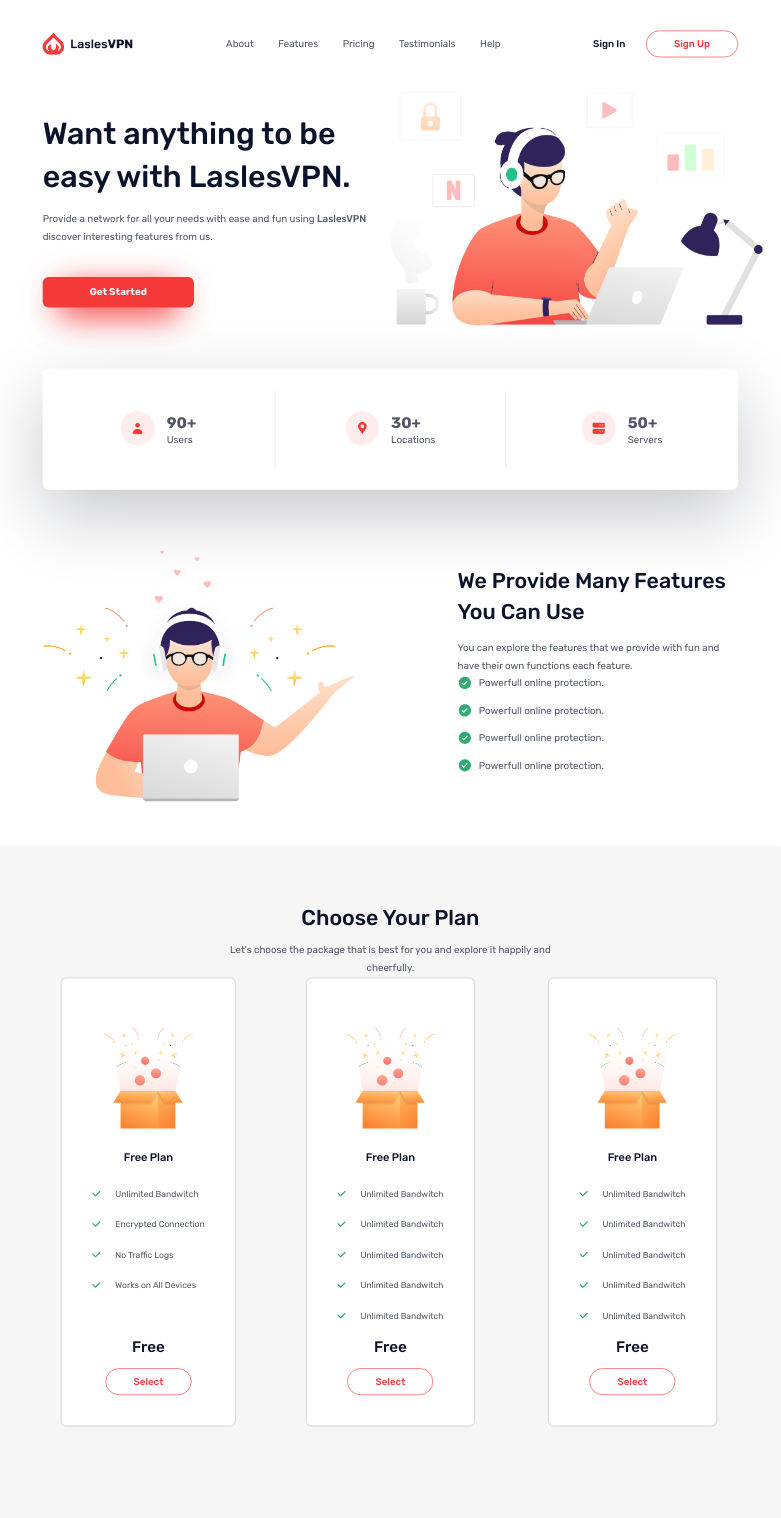
Repository: PhamTrungNguyen/LuyenTap
Page: LT_Figma/index.html
These files come from the project's save history. The page is drawn as it stood at one moment and after the next save; the edit follows.
The browser window is 1280 px wide. The pictures show the whole page, at 61% of full size.
Some web libraries are served in a nearby version. The style sheet was rebuilt from its Sass, Less or Tailwind sources for each picture, by a compiler version that may differ from the author's.

Above is the page before, as saved 2021-12-08 22:41:37.
Console error: TypeError: Cannot read properties of null (reading 'addEventListener')

### LT_Figma/index.html
<!DOCTYPE html>
<html lang="en">

<head>
  <meta charset="UTF-8" />
  <meta http-equiv="X-UA-Compatible" content="IE=edge" />
  <meta name="viewport" content="width=device-width, initial-scale=1.0" />
  <title>Lasles VPN</title>
  <link rel="stylesheet" href="./css/reset.css">
  <link rel="stylesheet" href="./css/app.css" />
  <!-- Link font chữ -->
  <link rel="preconnect" href="https://fonts.googleapis.com">
  <link rel="preconnect" href="https://fonts.gstatic.com" crossorigin>
  <link href="https://fonts.googleapis.com/css2?family=Rubik:wght@400;500;700&display=swap" rel="stylesheet">
</head>

<body>
  <div class="wrapper">
    <!-- ---------------------------------- Phần header ---------------------------------- -->
    <header class="header">
      <div class="container">
        <div class="header-container">
          <img srcset="./images/logo.png 2x" alt="" class="header-logo"> <!-- độ nét logo -->
          <ul class="menu">
            <li class="menu-item">
              <a href="#" class="menu-link">About</a>
            </li>
            <li class="menu-item">
              <a href="#" class="menu-link">Features</a>
            </li>
            <li class="menu-item">
              <a href="#" class="menu-link">Pricing</a>
            </li>
            <li class="menu-item">
              <a href="#" class="menu-link">Testimonials</a>
            </li>
            <li class="menu-item">
              <a href="#" class="menu-link">Help</a>
            </li>
          </ul>
          <div class="header-user">
            <a href="#" class="header-user_in">Sign In</a>
            <a href="#" class="button button--outline">Sign Up</a>
          </div>
        </div>
      </div>
    </header>

    <!-- ---------------------------------- Phần hero ---------------------------------- -->
    <section class="hero">
      <div class="container">
        <div class="hero-container">
          <div class="hero-content">
            <h2 class="hero-content_heading">Want anything to be easy with LaslesVPN.</h2>
            <span class="hero-content_desc">Provide a network for all your needs with ease and fun using
              <strong>LaslesVPN</strong> discover interesting features from us.</span>
            <a href="#" class="button button--primary">Get Started</a>
          </div>
          <div class="hero-image">
            <img srcset="./images/hero-image.png 2x" alt="">
          </div>
        </div>
      </div>
    </section>

    <!-- ---------------------------------- Phần intro ---------------------------------- -->
    <section class="intro">
      <div class="container">
        <div class="intro-container">
          <div class="intro-item">
              <div class="intro-item_user">
                <img srcset="./images/user.png 2x" alt="">
              </div>
              <div class="intro-item_info">
                <h2 class="intro-item_info__number">90+</h2>
                <span class="intro-item_intro__desc">Users</span>
              </div>
          </div>
          <div class="intro-item">
              <div class="intro-item_user">
                <img srcset="./images/location.png 2x" alt="">
              </div>
              <div class="intro-item_info">
                <h2 class="intro-item_info__number">30+</h2>
                <span class="intro-item_intro__desc">Locations</span>
              </div>
          </div>
          <div class="intro-item">
              <div class="intro-item_user">
                <img srcset="./images/server.png 2x" alt="">
              </div>
              <div class="intro-item_info">
                <h2 class="intro-item_info__number">50+</h2>
                <span class="intro-item_intro__desc">Servers</span>
              </div>
          </div>
        </div>
      </div>
    </section>
     <!-- ---------------------------------- Phần Features ---------------------------------- -->
     <section class="feature">
       <div class="container">
         <div class="feature-container">
           <div class="feature-image">
             <img srcset="./images/feature-image.png 2x" alt="">
           </div>
           <div class="feature-content">
             <h3 class="feature-title">We Provide Many Features You Can Use</h3>
             <span class="feature-desc">You can explore the features that we provide with fun and have their own functions each feature.</span>
             <ul class="feature-list">
               <li class="feature-item">
                 <img src="./images/icon-check.svg" alt="" class="feature-item_check">
                 <span class="feature-item_text">Powerfull online protection.</span>
               </li>
               <li class="feature-item">
                 <img src="./images/icon-check.svg" alt="" class="feature-item_check">
                 <span class="feature-item_text">Powerfull online protection.</span>
               </li>
               <li class="feature-item">
                 <img src="./images/icon-check.svg" alt="" class="feature-item_check">
                 <span class="feature-item_text">Powerfull online protection.</span>
               </li>
               <li class="feature-item">
                 <img src="./images/icon-check.svg" alt="" class="feature-item_check">
                 <span class="feature-item_text">Powerfull online protection.</span>
               </li>
             </ul>
           </div>
         </div>
       </div>
     </section>

     <!-- ---------------------------------- Phần Plan ---------------------------------- -->
     <section class="plan">
       <div class="container">
         <div class="plan-container">
           <div class="plan-heading">
             <h3 class="plan-heading_title">Choose Your Plan</h3>
             <span class="plan-heading_desc">Let's choose the package that is best for you and explore it happily and cheerfully.</span>
           </div>
           <div class="plan-main">
             <div class="plan-item">
               <div class="plan-item_image">
                 <img srcset="./images/plan.png 2x" alt="">
               </div>
               <h3 class="plan-item_title">Free Plan</h3>
               <ul class="plan-item--list">
                 <li class="plan-item_text">
                   <img src="./images/icon-check-line.svg" alt="" class="plan-item_icon">
                   <span class="plan-item_desc">Unlimited Bandwitch</span>
                 </li>
                 <li class="plan-item_text">
                   <img src="./images/icon-check-line.svg" alt="" class="plan-item_icon">
                   <span class="plan-item_desc">Encrypted Connection</span>
                 </li>
                 <li class="plan-item_text">
                   <img src="./images/icon-check-line.svg" alt="" class="plan-item_icon">
                   <span class="plan-item_desc">No Traffic Logs</span>
                 </li>
                 <li class="plan-item_text">
                   <img src="./images/icon-check-line.svg" alt="" class="plan-item_icon">
                   <span class="plan-item_desc">Works on All Devices</span>
                 </li>
               </ul>
               <h2 class="plan-item_free">Free</h2>
               <a href="#" class="button button--outline">Select</a>
             </div>

             <div class="plan-item">
               <div class="plan-item_image">
                 <img srcset="./images/plan.png 2x" alt="">
               </div>
               <h3 class="plan-item_title">Free Plan</h3>
               <ul class="plan-item--list">
                 <li class="plan-item_text">
                   <img src="./images/icon-check-line.svg" alt="" class="plan-item_icon">
                   <span class="plan-item_desc">Unlimited Bandwitch</span>
                 </li>
                 <li class="plan-item_text">
                   <img src="./images/icon-check-line.svg" alt="" class="plan-item_icon">
                   <span class="plan-item_desc">Unlimited Bandwitch</span>
                 </li>
                 <li class="plan-item_text">
                   <img src="./images/icon-check-line.svg" alt="" class="plan-item_icon">
                   <span class="plan-item_desc">Unlimited Bandwitch</span>
                 </li>
                 <li class="plan-item_text">
                   <img src="./images/icon-check-line.svg" alt="" class="plan-item_icon">
                   <span class="plan-item_desc">Unlimited Bandwitch</span>
                 </li>
                 <li class="plan-item_text">
                   <img src="./images/icon-check-line.svg" alt="" class="plan-item_icon">
                   <span class="plan-item_desc">Unlimited Bandwitch</span>
                 </li>
               </ul>
               <h2 class="plan-item_free">Free</h2>
               <a href="#" class="button button--outline">Select</a>
             </div>

             <div class="plan-item">
               <div class="plan-item_image">
                 <img srcset="./images/plan.png 2x" alt="">
               </div>
               <h3 class="plan-item_title">Free Plan</h3>
               <ul class="plan-item--list">
                 <li class="plan-item_text">
                   <img src="./images/icon-check-line.svg" alt="" class="plan-item_icon">
                   <span class="plan-item_desc">Unlimited Bandwitch</span>
                 </li>
                 <li class="plan-item_text">
                   <img src="./images/icon-check-line.svg" alt="" class="plan-item_icon">
                   <span class="plan-item_desc">Unlimited Bandwitch</span>
                 </li>
                 <li class="plan-item_text">
                   <img src="./images/icon-check-line.svg" alt="" class="plan-item_icon">
                   <span class="plan-item_desc">Unlimited Bandwitch</span>
                 </li>
                 <li class="plan-item_text">
                   <img src="./images/icon-check-line.svg" alt="" class="plan-item_icon">
                   <span class="plan-item_desc">Unlimited Bandwitch</span>
                 </li>
                 <li class="plan-item_text">
                   <img src="./images/icon-check-line.svg" alt="" class="plan-item_icon">
                   <span class="plan-item_desc">Unlimited Bandwitch</span>
                 </li>
               </ul>
               <h2 class="plan-item_free">Free</h2>
               <a href="#" class="button button--outline">Select</a>
             </div>



           </div>
         </div>
       </div>
     </section>

  </div>

  <script type="text/javascript" src="https://code.jquery.com/jquery-1.11.0.min.js"></script>
  <script type="text/javascript" src="https://code.jquery.com/jquery-migrate-1.2.1.min.js"></script>
  <script type="text/javascript" src="https://cdn.jsdelivr.net/npm/slick-carousel@1.8.1/slick/slick.min.js"></script>
  <script src="./scripts/app.js"></script>
  <!-- sass ./sass/app.scss ./css/app.css --watch -->
</body>

</html>

### LT_Figma/css/reset.css
/* http://meyerweb.com/eric/tools/css/reset/
   v2.0 | 20110126
   License: none (public domain)
*/

html,
body,
div,
span,
applet,
object,
iframe,
h1,
h2,
h3,
h4,
h5,
h6,
p,
blockquote,
pre,
a,
abbr,
acronym,
address,
big,
cite,
code,
del,
dfn,
em,
img,
ins,
kbd,
q,
s,
samp,
small,
strike,
strong,
sub,
sup,
tt,
var,
b,
u,
i,
center,
dl,
dt,
dd,
ol,
ul,
li,
fieldset,
form,
label,
legend,
table,
caption,
tbody,
tfoot,
thead,
tr,
th,
td,
article,
aside,
canvas,
details,
embed,
figure,
figcaption,
footer,
header,
hgroup,
menu,
nav,
output,
ruby,
section,
summary,
time,
mark,
audio,
video {
  margin: 0;
  padding: 0;
  border: 0;
  font-size: 100%;
  font: inherit;
  vertical-align: baseline;
}
/* HTML5 display-role reset for older browsers */
article,
aside,
details,
figcaption,
figure,
footer,
header,
hgroup,
menu,
nav,
section {
  display: block;
}
body {
  line-height: 1;
}
ol,
ul {
  list-style: none;
}
blockquote,
q {
  quotes: none;
}
blockquote:before,
blockquote:after,
q:before,
q:after {
  content: "";
  content: none;
}
table {
  border-collapse: collapse;
  border-spacing: 0;
}

### LT_Figma/sass/app.scss
@import "reset";
@import "variables";
@import "global";

@import "header";
@import "hero";
@import "intro";
@import "feature";
@import "plan";

### LT_Figma/sass/_reset.scss
/* http://meyerweb.com/eric/tools/css/reset/
   v2.0 | 20110126
   License: none (public domain)
*/

html,
body,
div,
span,
applet,
object,
iframe,
h1,
h2,
h3,
h4,
h5,
h6,
p,
blockquote,
pre,
a,
abbr,
acronym,
address,
big,
cite,
code,
del,
dfn,
em,
img,
ins,
kbd,
q,
s,
samp,
small,
strike,
strong,
sub,
sup,
tt,
var,
b,
u,
i,
center,
dl,
dt,
dd,
ol,
ul,
li,
fieldset,
form,
label,
legend,
table,
caption,
tbody,
tfoot,
thead,
tr,
th,
td,
article,
aside,
canvas,
details,
embed,
figure,
figcaption,
footer,
header,
hgroup,
menu,
nav,
output,
ruby,
section,
summary,
time,
mark,
audio,
video {
  margin: 0;
  padding: 0;
  border: 0;
  font-size: 100%;
  font: inherit;
  vertical-align: baseline;
  text-decoration: none;
}
/* HTML5 display-role reset for older browsers */
article,
aside,
details,
figcaption,
figure,
footer,
header,
hgroup,
menu,
nav,
section {
  display: block;
}
body {
  line-height: 1;
}
ol,
ul {
  list-style: none;
}
blockquote,
q {
  quotes: none;
}
blockquote:before,
blockquote:after,
q:before,
q:after {
  content: "";
  content: none;
}
table {
  border-collapse: collapse;
  border-spacing: 0;
}
*,
*:after,
*:before {
  margin: 0;
  padding: 0;
  box-sizing: border-box;
}

### LT_Figma/sass/_variables.scss
$font-1: "Rubik", sans-serif;
$text-color: #4F5665;
$title-color: #0b132a;
$red-color: #F53838;
$gray-color: #dde0e4;
$gray-light-color: #f8f8f8;
$gray-lighter-color: #ddd;

### LT_Figma/sass/_global.scss
body {
  line-height: 1;
  font-family: $font-1;
  color: $text-color;
  font-weight: 400;
  font-size: 16px;
  background-color: white;
}
html {
  font-size: 62.5%;
}
button {
  cursor: pointer;
  outline: none;
  border: none;
  font-family: $font-1;
}
.wrapper {
  // lớp bao ngoài
  max-width: 1440px;
  margin: 0 auto;
}
.container {
  // container bên trong
  max-width: 1240px;
  margin: 0 auto;
  padding: 0 50px;
}
.button {
  display: inline-block;
  padding: 13px 45px;
  border-radius: 100rem;
  font-family: $font-1;
  line-height: 1;
  font-size: 16px;
  cursor: pointer;
  border: none;
  outline: none;
  &--primary {
    font-weight: 700;
    background-color: $red-color;
    color: white;
    border-radius: 10px;
    padding: 17px 77px;
    position: relative;
    &:after {
      content: "";
      background: rgba(245, 56, 56, 0.979);
      filter: blur(26px);
      position: absolute;
      top: 80%;
      left: 50%;
      transform: translate(-50%, -50%);
      width: 80%;
      height: 100%;
      z-index: -1;
    }
  }
  &--outline {
    background-color: transparent;
    color: $red-color;
    font-weight: 500;
    border: 1px solid;
  }
  &--rounded {
    font-weight: 700;
    background-color: $red-color;
    color: white;
    padding: 13px 62px;
  }
}

### LT_Figma/sass/_header.scss
.header {
  padding-top: 50px;
  padding-bottom: 90px;
  &-container {
    display: flex;
    justify-content: space-between;
    align-items: center;
    flex-wrap: wrap;
    position: relative;
  }
  &-user {
    font-weight: 500;
    &_in {
      margin-right: 3rem;
      color: $title-color;
    }
  }
}
.menu {
  display: flex;
  align-items: center;
  list-style: none;
  gap: 0 40px;
  &-link {
    color: $text-color;
  }
}
@media screen and (max-width: 1023px) {
  .header-user {
    position: absolute;
    right: 0;
    top: 80%;
    transform: translateY(50%);
  }
}
@media  screen and (max-width:767px){
  .menu{
    display: none;
  }

}

### LT_Figma/sass/_hero.scss
.hero {
  padding-bottom: 100px;
  &-container {
    display: flex;
    justify-content: space-between;
    align-items: center;
    gap: 0 40px;
    position: relative;
  }
  &-content {
    width: 100%;
    max-width: 555px;
    &_heading {
      font-weight: 500;
      color: $title-color;
      font-size: 50px;
      line-height: calc(70 / 50);
      margin-bottom: 2rem;
    }
    &_desc {
      display: block;
      line-height: calc(30 / 16);
      margin-bottom: 5rem;
      strong {
        font-weight: 500;
      }
    }
  }
  &-image {
    // đỡ mất kích thước của ảnh
    position: absolute;
    top: 50%;
    right: 0;
    transform: translate(40px, -50%);
  }

}
@media  screen and (max-width:1279px){
  .hero-image {
    // đỡ mất kích thước của ảnh
    position:inherit;
    transform: none;
    img{
      width: 100%;
    }
  }
  .hero-content {
    width: 100%;
    max-width: 455px;
}
  .hero-content_heading {

    font-size: 45px;

}

}
@media screen and (max-width: 1023px) {
  .hero-content_heading {
    color: #0b132a;
    font-size: 30px;
  }
}
@media  screen and (max-width:767px){
    .hero-container {
        flex-direction: column-reverse;
        gap: 50px 0;
    }
    .hero-content_heading {
        color: #0b132a;
        font-size: 23px;
    }



}

### LT_Figma/sass/_intro.scss
.intro {
  margin-bottom: 95px;
  &-container {
    padding: 37px 0;
    box-shadow: 0 42px 114px 0 rgba(13, 16, 37, 0.226);
    display: grid;
    grid-template-columns: repeat(3, minmax(0, 1fr));
    border-radius: 10px;
    background-color: #fff;
  }
  &-item {
    display: flex;
    justify-content: center;
    align-items: center;

    &_user {
      margin-right: 2rem;
    }
    &_info {
      &__number {
        font-weight: 700;
        font-size: 25px;
        margin-bottom: 6px;
        line-height: calc(30 / 25);
      }
      &__desc{
        line-height: calc(30 / 20);
      }
    }
    height: 125px;
  }
}
@media screen and (min-width: 768px) {
  .intro-item:nth-child(2) {
    border-right: 2px solid #eeeff2;
    border-left: 2px solid #eeeff2;
  }
}

@media screen and (max-width: 767px) {
  .intro-container {
    grid-template-columns: 100%;
  }
  .intro-item {
    flex-direction: row;
    // text-align: center;
  }
  .intro-item:nth-child(2){
      padding-left: 2rem;

  }
}

### LT_Figma/sass/_feature.scss
.feature{
    padding-bottom: 7rem;
    &-container{
        display:flex;
        justify-content: space-between;
        align-items: center;
        gap: 0 170px;
    }
    &-image{
        // width: 100%;
    }
    &-content{

    }
    &-title{
        color:$title-color;
        font-weight: 500;
        font-size: 35px;
        line-height: calc(50/35);
        margin-bottom: 2rem;
    }
    &-desc{
        line-height: calc(30/16);
        margin-bottom: 2rem;
    }
    &-item{
        // list-style: none;
        &_check{
            margin-right: 1rem;
        }
        display: flex;
        align-items: center;
        margin-bottom: 2rem;
    }
}
@media  screen and (max-width:1279px){
    .feature-container {
        gap: 0 90px;
    }

}
@media  screen and (max-width:1023px){
    .feature-image {
        img{
            width: 155%;
        }
    }
    .feature-container {
        gap: 0 150px;
    }

}
@media  screen and (max-width:767px){
    .feature-container {
        flex-direction: column;
    }
    .feature-image img {
        width: 100%;
    }
    .feature-container {
        gap: 50px 0;
    }
    .feature-content{
        display: flex;
        flex-direction: column;
        align-items: center;
        margin: 0 auto;
    }

}

Loaded but not shown: LT_Figma/scripts/app.js (39 lines, source omitted); LT_Figma/sass/_plan.scss (64 lines, source omitted)

After the next save:
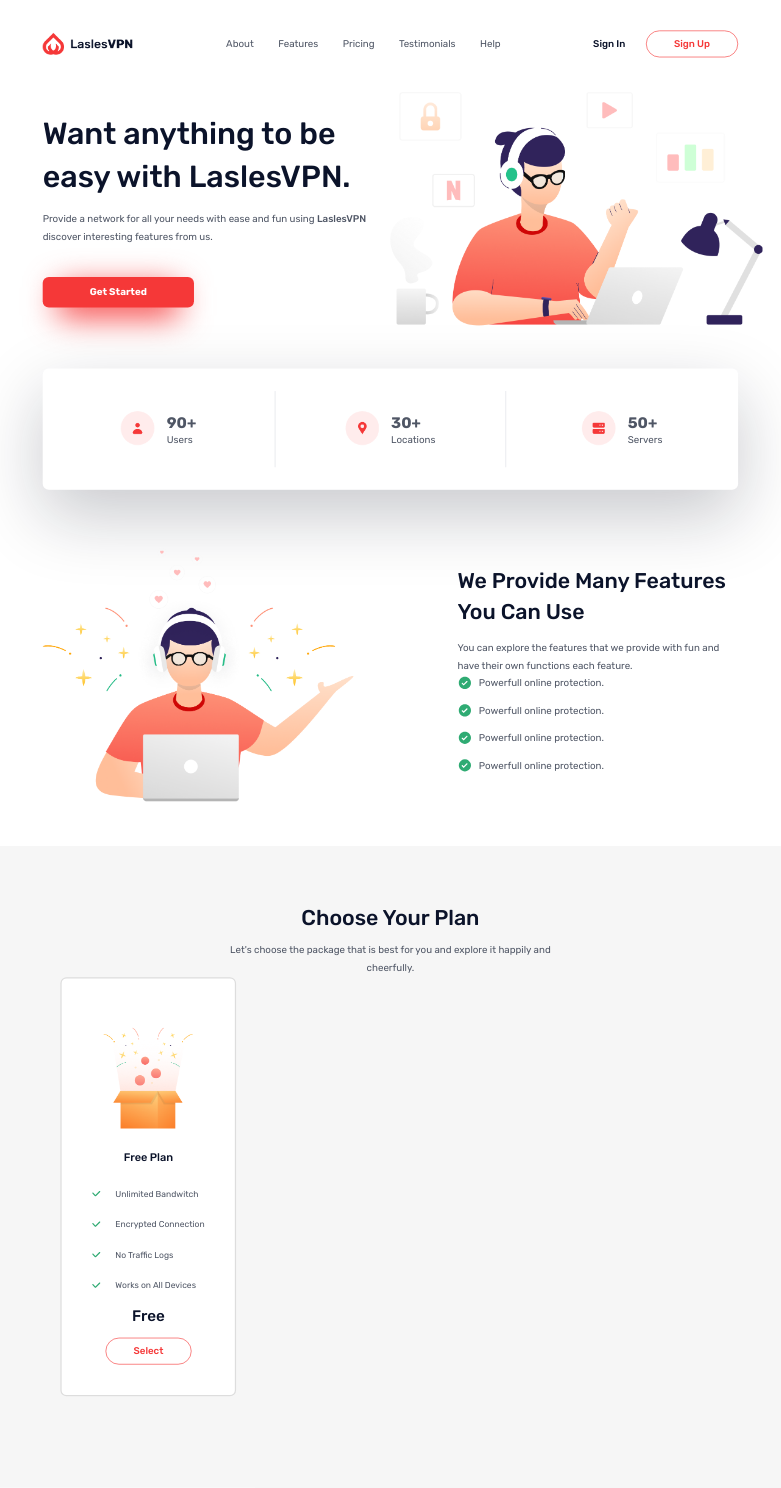
Saved 6 s later.
--- a/LT_Figma/index.html
+++ b/LT_Figma/index.html
@@ -166,67 +166,6 @@
                <a href="#" class="button button--outline">Select</a>
              </div>
 
-             <div class="plan-item">
-               <div class="plan-item_image">
-                 <img srcset="./images/plan.png 2x" alt="">
-               </div>
-               <h3 class="plan-item_title">Free Plan</h3>
-               <ul class="plan-item--list">
-                 <li class="plan-item_text">
-                   <img src="./images/icon-check-line.svg" alt="" class="plan-item_icon">
-                   <span class="plan-item_desc">Unlimited Bandwitch</span>
-                 </li>
-                 <li class="plan-item_text">
-                   <img src="./images/icon-check-line.svg" alt="" class="plan-item_icon">
-                   <span class="plan-item_desc">Unlimited Bandwitch</span>
-                 </li>
-                 <li class="plan-item_text">
-                   <img src="./images/icon-check-line.svg" alt="" class="plan-item_icon">
-                   <span class="plan-item_desc">Unlimited Bandwitch</span>
-                 </li>
-                 <li class="plan-item_text">
-                   <img src="./images/icon-check-line.svg" alt="" class="plan-item_icon">
-                   <span class="plan-item_desc">Unlimited Bandwitch</span>
-                 </li>
-                 <li class="plan-item_text">
-                   <img src="./images/icon-check-line.svg" alt="" class="plan-item_icon">
-                   <span class="plan-item_desc">Unlimited Bandwitch</span>
-                 </li>
-               </ul>
-               <h2 class="plan-item_free">Free</h2>
-               <a href="#" class="button button--outline">Select</a>
-             </div>
-
-             <div class="plan-item">
-               <div class="plan-item_image">
-                 <img srcset="./images/plan.png 2x" alt="">
-               </div>
-               <h3 class="plan-item_title">Free Plan</h3>
-               <ul class="plan-item--list">
-                 <li class="plan-item_text">
-                   <img src="./images/icon-check-line.svg" alt="" class="plan-item_icon">
-                   <span class="plan-item_desc">Unlimited Bandwitch</span>
-                 </li>
-                 <li class="plan-item_text">
-                   <img src="./images/icon-check-line.svg" alt="" class="plan-item_icon">
-                   <span class="plan-item_desc">Unlimited Bandwitch</span>
-                 </li>
-                 <li class="plan-item_text">
-                   <img src="./images/icon-check-line.svg" alt="" class="plan-item_icon">
-                   <span class="plan-item_desc">Unlimited Bandwitch</span>
-                 </li>
-                 <li class="plan-item_text">
-                   <img src="./images/icon-check-line.svg" alt="" class="plan-item_icon">
-                   <span class="plan-item_desc">Unlimited Bandwitch</span>
-                 </li>
-                 <li class="plan-item_text">
-                   <img src="./images/icon-check-line.svg" alt="" class="plan-item_icon">
-                   <span class="plan-item_desc">Unlimited Bandwitch</span>
-                 </li>
-               </ul>
-               <h2 class="plan-item_free">Free</h2>
-               <a href="#" class="button button--outline">Select</a>
-             </div>
 
 
 
